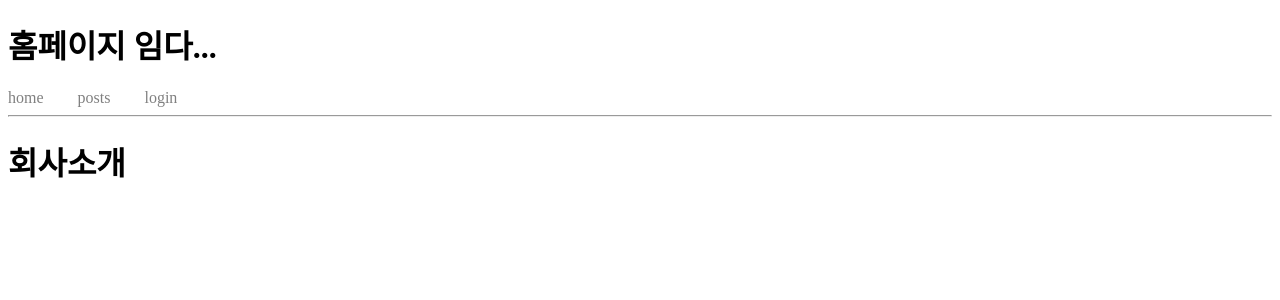
Repository: wkdtkgkek16/web01
Page: http://localhost/ex01/
These files come from the project's save history. The page is drawn as it stood at one moment and after the next save; the edit follows.
The browser window is 1280 px wide. The pictures show the whole page.
The page is served by Tomcat 9. Other server files are loaded and not shown.

Above is the page before, as saved 2023-03-27 01:09:09.

### ex01/WebContent/home.jsp
<%@ page language="java" contentType="text/html; charset=UTF-8"
    pageEncoding="UTF-8"%>
<!DOCTYPE html>
<html>
<head>
<meta charset="UTF-8">
<title>Insert title here</title>
<style>
	.div_menu a{
		color: gray;
		font_size: 2.5rem;
		text-decoration: none;
		padding-right: 30px;
	}
</style>
</head>
<body>
	<div class="div_menu">
	<h1>홈페이지 임다...</h1>
	<a href="/">home</a>
	<a href="/posts">posts</a>
	<a href="/login">login</a>
	</div>
	<hr/>
	<jsp:include page="${pageName}"></jsp:include>
</body>
</html>

### ex01/WebContent/about.jsp
<%@ page language="java" contentType="text/html; charset=UTF-8"
    pageEncoding="UTF-8"%>
<h1>회사소개</h1>

### ex01/src/controller/HomeController.java
package controller;

import java.io.IOException;

import javax.servlet.RequestDispatcher;
import javax.servlet.ServletException;
import javax.servlet.annotation.WebServlet;
import javax.servlet.http.HttpServlet;
import javax.servlet.http.HttpServletRequest;
import javax.servlet.http.HttpServletResponse;


@WebServlet("/")
public class HomeController extends HttpServlet {
	private static final long serialVersionUID = 1L;

	protected void doGet(HttpServletRequest request, HttpServletResponse response) throws ServletException, IOException {
		RequestDispatcher dis=request.getRequestDispatcher("home.jsp");
		request.setAttribute("pageName", "about.jsp");
		dis.forward(request, response);
	}

	protected void doPost(HttpServletRequest request, HttpServletResponse response) throws ServletException, IOException {

	}

}

After the next save:
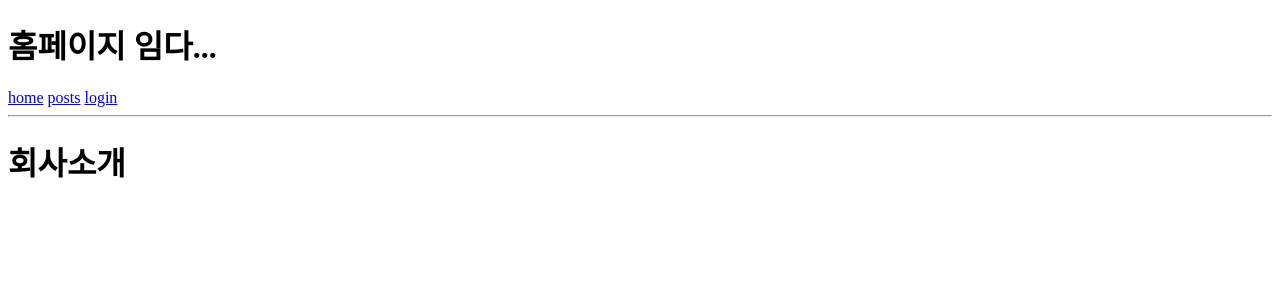
Saved 25 s later.
--- a/ex01/WebContent/home.jsp
+++ b/ex01/WebContent/home.jsp
@@ -5,14 +5,7 @@
 <head>
 <meta charset="UTF-8">
 <title>Insert title here</title>
-<style>
-	.div_menu a{
-		color: gray;
-		font_size: 2.5rem;
-		text-decoration: none;
-		padding-right: 30px;
-	}
-</style>
+	<link rel="stylesheet" href="home.css"/>
 </head>
 <body>
 	<div class="div_menu">

After the 2 saves that followed:
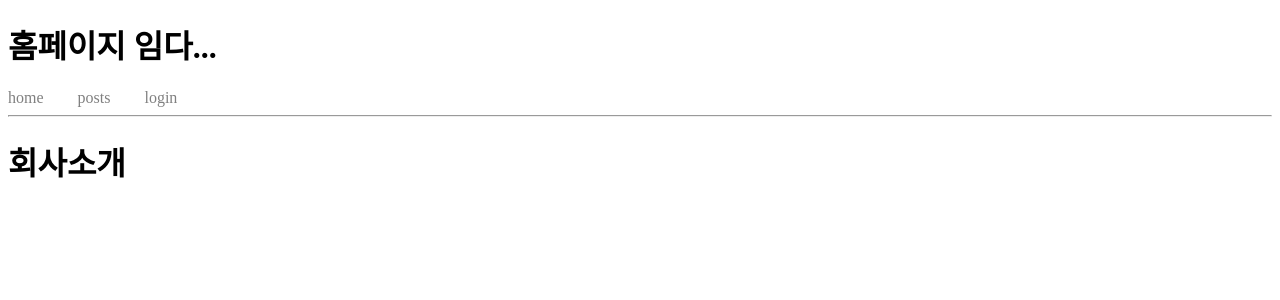
The 2 saves are shown as one change because 1 left the picture as it was.
The last was saved 114 s later.
--- a/ex01/WebContent/home.jsp
+++ b/ex01/WebContent/home.jsp
@@ -5,14 +5,20 @@
 <head>
 <meta charset="UTF-8">
 <title>Insert title here</title>
-	<link rel="stylesheet" href="home.css"/>
+	<style>
+		.div_menu a{
+		color: gray;
+		text-decoration: none;
+		padding-right: 30px;
+}
+	</style>
 </head>
 <body>
 	<div class="div_menu">
-	<h1>홈페이지 임다...</h1>
-	<a href="/">home</a>
-	<a href="/posts">posts</a>
-	<a href="/login">login</a>
+		<h1>홈페이지 임다...</h1>
+		<a href="/">home</a>
+		<a href="/posts">posts</a>
+		<a href="/login">login</a>
 	</div>
 	<hr/>
 	<jsp:include page="${pageName}"></jsp:include>
